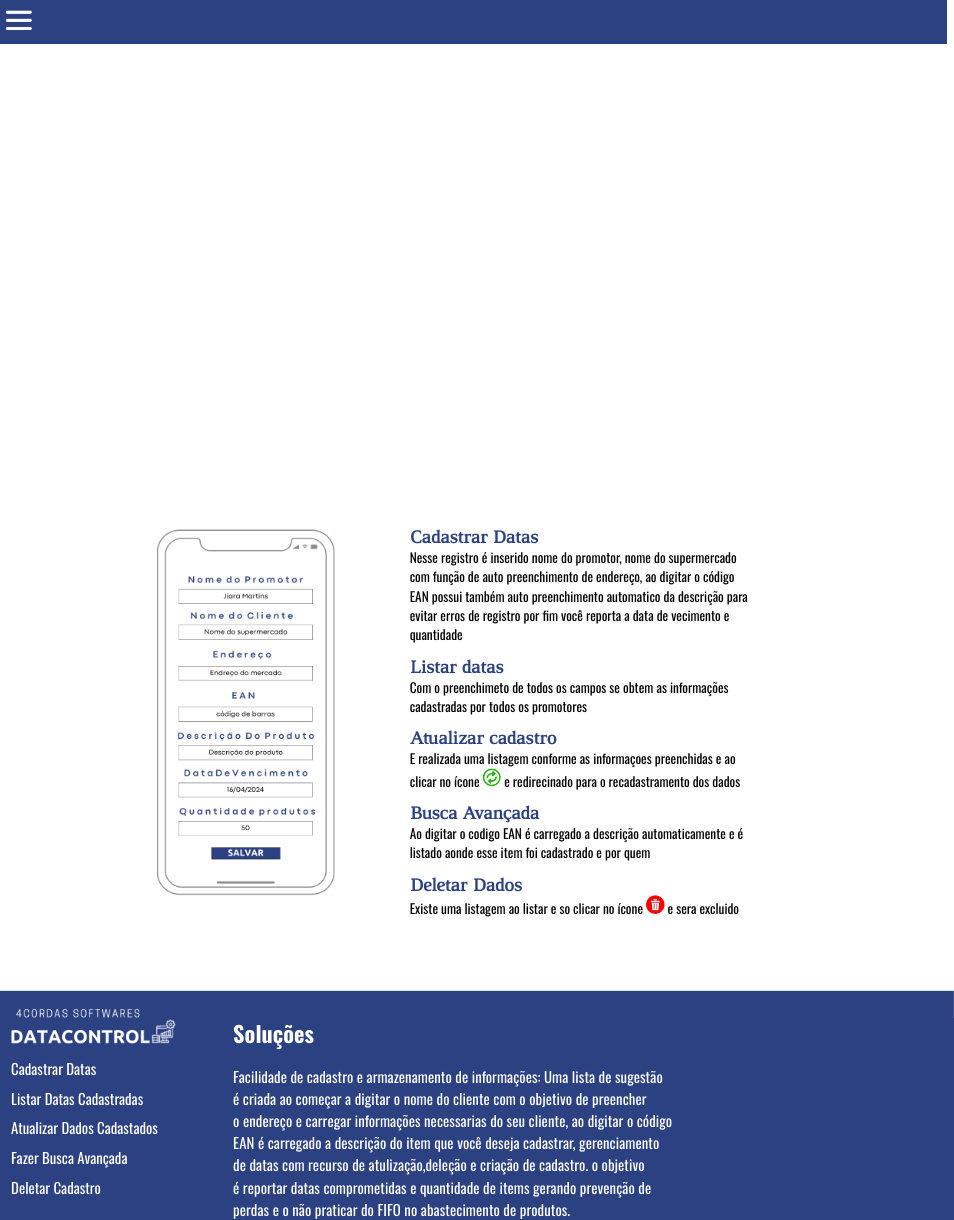
Repository: alfredo-allan/ControleDeDatasFrontEnd
Page: index.html
The author's editor kept a copy of each file at every save. The page is drawn from the files as they stood at one save, then again after the next save.
The browser window is 1280 px wide. The page is 1289 px wide, so the pictures cover 1289 px, including what lies to the right of the window. The pictures show the whole page, at 74% of full size.

Above is the page before, as saved 2024-04-30 14:48:42.
Console error: TypeError: Cannot read properties of null (reading 'addEventListener')

### index.html
<!DOCTYPE html>
<html lang="pt-BR">
  <head>
    <meta charset="UTF-8" />
    <meta name="viewport" content="width=device-width, initial-scale=1.0" />
    <link rel="stylesheet" href="./style/style.css" />
    <link rel="preconnect" href="https://fonts.googleapis.com" />
    <link rel="preconnect" href="https://fonts.gstatic.com" crossorigin />
    <link
      href="https://fonts.googleapis.com/css2?family=Oswald:wght@200..700&display=swap"
      rel="stylesheet"
    />
    <title>Controle de Datas</title>
  </head>
  <body>
    <div class="header">
      <div id="menu-icon">
        <img id="icon-menu" src="./images/barra-de-menu.png" alt="" />
      </div>
      <div id="titulo">
        <!-- <h1>Controle De Datas</h1> -->
      </div>
      <div id="menu-options">
        <ul>
          <!-- <img id="usuario" src="./images/usuario-exemplo.jpg" alt="" /> -->
          <a href="pages/cadastro.html"><li>Cadastrar Datas</li></a>
          <a href="pages/listagem.html"><li>Listar Datas</li></a>
          <a href="pages/atualizar.html"><li>Atualizar Cadastro</li></a>
          <a href="pages/buscaavancada.html"><li>Busca Avançada</li></a>
          <a href="pages/deletar.html"><li>Deletar Dados</li></a>
        </ul>
      </div>
    </div>
    <img id="instrucao" src="./images/CadastrarDatas.png" alt="">
    <div class="coluna">
    <ul>
      <span>Cadastrar Datas</span>
      <li>Nesse registro é inserido nome do promotor, nome do supermercado com função de auto preenchimento de endereço, ao digitar o código EAN possui também auto preenchimento automatico da descrição para evitar erros de registro por fim você reporta a data de vecimento e quantidade</li>
      <span>Listar datas</span>
      <li>Com o preenchimeto de todos os campos se  obtem as informações cadastradas por todos os promotores</li>
      <span>Atualizar cadastro</span>
      <li>E realizada uma listagem conforme as informaçoes preenchidas e ao clicar no ícone <img src="./images/repetir.png" alt=""> e redirecinado para o recadastramento dos dados</li>
      <span>Busca Avançada</span>
      <li>Ao digitar o codigo EAN é carregado a descrição automaticamente e é listado aonde esse item foi cadastrado e por quem</li>
      <span>Deletar Dados</span>
      <li>Existe uma listagem ao listar e so clicar no ícone <img src="./images/excluir.png" alt=""> e sera excluido</li>
    </ul>
    </div>
    </div>
    <div class="footer">
      <div id="mapa" class="col-sm-6">
        <img id="tootext" src="./images/data.png" alt="" />
        <ul id="mapadosite">
          <a href="./pages/cadastro.html"><li>Cadastrar Datas</li></a>
          <a href="./pages/listagem.html"><li>Listar Datas Cadastradas</li></a>
          <a href="./pages/atualizar.html"
            ><li>Atualizar Dados Cadastados</li></a
          >
          <a href="./pages/buscaavancada.html"><li>Fazer Busca Avançada</li></a>
          <a href="./pages/deletar.html"><li>Deletar Cadastro</li></a>
        </ul>
      </div>
      <div id="solucao" class="col-sm-6">
        <span>Soluções</span>
        <p>
          Facilidade de cadastro e armazenamento de informações: Uma lista de
          sugestão <br />
          é criada ao começar a digitar o nome do cliente com o objetivo de
          preencher <br />
          o endereço e carregar informações necessarias do seu cliente, ao
          digitar o código <br />
          EAN é carregado a descrição do item que você deseja cadastrar,
          gerenciamento <br />
          de datas com recurso de atulização,deleção e criação de cadastro. o
          objetivo <br />
          é reportar datas comprometidas e quantidade de items gerando prevenção
          de <br />
          perdas e o não praticar do FIFO no abastecimento de produtos.
        </p>
      </div>
    </div>
  </body>
  <script src="./js/script.js"></script>
</html>

### style/style.css
:root {
  --cor-azul: rgb(44, 65, 129);
  --oswald-font: "Oswald", sans-serif;
  --luthier-font: "Luthier";
}

body {
  font-family: var(--oswald-font);
}

@font-face {
  font-family: "Luthier";
  src: url("../fonts/LuthierFF/Luthier-Regular.ttf") format("truetype");
  /* Adicione mais formatos (e.g. woff, woff2) conforme necessário */
}

#titulo h1 {
  font-family: var(--luthier-font);
  letter-spacing: 3px;
  font-weight: 900;
  color: white;
  margin-top: -30px;
  margin-left: 55px;
}

.column {
  display: flex;
  flex-direction: column;
  align-items: center;
  padding: 10px 20px 15px 15px;
  border: 1px solid #ccc;
  border-radius: 5px;
  width: 300px;
  margin: 0 auto;
  span {
    font-weight: 900;
    font-family: var(--luthier-font);
    letter-spacing: 3px;
    margin-bottom: 10px;
    color: var(--cor-azul);
  }
}

#logo img {
  margin-top: 200px;
  width: 250px;
  margin-left: 50px;
}

#logo {
  h1 {
    text-align: center;
    text-wrap: nowrap;
    font-size: 25px;
    font-family: var(--oswald-font);
    font-weight: 900;
    letter-spacing: 2px;
    color: var(--cor-azul);
  }
}

#form {
  margin-top: 80px;
}

input {
  margin-bottom: 5px;
  padding: 5px;
  width: 100%;
  box-sizing: border-box;
  font-weight: 600;
  margin-bottom: 10px;
}

input::placeholder {
  text-align: center;
  color: gray;
  font-family: var(--oswald-font);
  font-weight: 400;
}

input:focus {
  outline-color: var(--cor-azul); /* Altere a cor aqui */
}

.header {
  position: fixed;
  top: 0;
  left: 0;
  width: 100%;
  height: 60px;
  background-color: var(--cor-azul);
}

#icon-menu {
  width: 35px;
  margin-top: 10px;
  z-index: 1;
  margin-left: 8px;
  cursor: pointer;
}

#menu-options ul {
  list-style: none;
  padding: 0;
  margin-left: 5px;
  font-size: 20px;
  font-weight: 500;
  text-wrap: nowrap;
  font-family: var(--oswald-font);
  z-index: 999;
}

#menu-options ul li {
  padding: 10px;
  letter-spacing: 2px;
  cursor: pointer;
  z-index: 999;
}

a {
  text-decoration: none; /* Remove sublinhado */
  color: inherit; /* Mantém a cor padrão do texto */
  /* Adicione quaisquer outros estilos desejados para o link */
}

#menu-options {
  display: none;
  position: absolute;
  top: 0;
  left: 0;
  margin-top: 60px;
  width: 55%;
  height: 41vh;
  border-bottom-right-radius: 15px;
  background-color: var(--cor-azul);
  color: white;
  font-family: var(--oswald-font);
  font-weight: 900;
  z-index: 999;
}

button {
  text-align: center;
  width: 110px;
  height: 30px;
  padding: 6px 30px;
  background-color: rgba(44, 65, 129, 0.897);
  border-radius: 5px;
  color: white;
  border: none;
  border-radius: 5px;
  cursor: pointer;
  font-family: var(--oswald-font);
}

button:focus {
  outline: 2px solid var(--cor-azul);
}

.footer {
  width: 102%;
  position: relative;
  margin-top: 5%;
  margin-left: -8px;
  margin-bottom: -20px;
  background-color: var(--cor-azul);
}

.footer img {
  width: 300px;
  height: 60px;
  margin-top: 2px;
  cursor: pointer;
  margin-left: 10px;
}

#autocomplete-list-id {
  background-color: #f1f1f1;
  border: 1px solid #d4d4d4;
  color: var(--cor-azul);
  border-top: none;
  max-height: 200px;
  overflow-y: auto;
  position: absolute;
  /* z-index: 999; */
  margin-top: -10px;
  margin-left: 60px;
}

.autocomplete-items div {
  padding: 10px;
  cursor: pointer;
  background-color: #fff;
  border-bottom: 1px solid #d4d4d4;
}

.autocomplete-items div:hover {
  background-color: #e9e9e9;
}

.autocomplete-items div strong {
  font-weight: bold;
}

#data-list {
  margin: 0 auto;
  left: 50%;
  transform: translateX(-50%);
  margin: 0 auto;
  left: 50%;
  top: 60%;
  transform: translate(-50%, -50%);
  /* border: 1px solid var(--cor-azul); */
  color: var(--cor-azul);
  border-radius: 5px;
  max-height: 330px;
  overflow-y: auto;
  position: absolute;
  z-index: -1;
  margin-top: 110px;
  margin-left: 0px;
  width: 336px;
  list-style: none;
  .name {
    font-family: var(--oswald-font);
    font-weight: 900;
    font-size: 17px;
  }
  .item {
    font-family: var(--oswald-font);
    font-weight: 500;
    font-size: 15;
    color: rgb(0, 0, 0);
  }
}

/* #promotor {
  line-height: 60px;
} */

#data-list {
  /* Estilos do elemento #data-list */
  /* Defina outras propriedades conforme necessário */

  scrollbar-color: var(--cor-azul) var(--cor-azul); /* Cor da barra de rolagem e do fundo da barra */
}

#data-list::-webkit-scrollbar {
  width: 10px; /* Largura da barra de rolagem */
}

#data-list::-webkit-scrollbar-thumb {
  background-color: white; /* Cor da barra de rolagem */
  border-radius: 5px; /* Raio de borda da barra de rolagem */
}

#texto-descritivo {
  text-align: justify;
  margin-top: 200px;
  position: fixed;
  font-family: var(--luthier-font);
  letter-spacing: 3px;
  line-height: 2;
  margin-right: 8px;
  font-weight: 900;
  color: var(--cor-azul);
}

#del {
  width: 25px;
  margin: -4px;
  margin-left: 20px;
}

#atualizar {
  width: 25px;
  margin: -5px;
  margin-left: 20px;
}

.video {
  width: 100%;
  height: 100vh; /* Altura ocupando toda a tela */
}

.video video {
  position: fixed;
  top: 0;
  left: 0;
  width: 100%;
  height: 20%;
  object-fit: cover;
  margin-top: 52px;
}

.modal {
  display: none; /* Escondido por padrão */
  position: fixed;
  z-index: 1;
  left: 0;
  top: 0;
  width: 100%;
  height: 100%;
  overflow: auto;
  background-color: rgba(0, 0, 0, 0.4);
}

.modal-content {
  background-color: #fefefe;
  margin: 15% auto;
  padding: 20px;
  border: 2px solid #888;
  width: 80%;
  border-radius: 10px;
  p {
    text-align: center;
    font-family: var(--luthier-font);
    letter-spacing: 3px;
    font-weight: 600;
    color: var(--cor-azul);
  }
}

.close {
  color: #aaa;
  float: right;
  font-size: 28px;
  font-weight: bold;
}

.close:hover,
.close:focus {
  color: black;
  text-decoration: none;
  cursor: pointer;
}

#modalbtn {
  text-align: center;
}

#confirmButton {
  margin-right: 5px;
}

#tootext {
  margin-left: -40px;
  margin-top: 20px;
}

#mapadosite {
  font-family: var(--oswald-font);
  list-style: none;
  margin-top: 0px;
  line-height: 40px;
  text-align: left;
  margin-left: -25px;
  color: white;
  font-size: 20px;
}

#mapa {
  text-align: left;
}

#solucao {
  margin-top: -270px;
  margin-left: 315px;
  font-family: var(--oswald-font);
  letter-spacing: 0.1px;
  color: white;
  span {
    font-size: 30px;
    font-weight: 900;
  }
  p {
    font-size: 20px;
    text-align: left;
  }
}

@media (min-width: 310px) and (max-width: 580px) {
  #solucao {
    margin-top: -10px;
    margin-left: -200px;
    text-align: center;
  }
}

@media (min-width: 310px) and (max-width: 580px) {
  #solucao span {
    margin-left: -30px;
  }
}

@media (min-width: 310px) and (max-width: 580px) {
  #solucao p {
    font-size: 20px;
    text-align: left;
    margin-left: 215px;
  }
}

@media (min-width: 310px) and (max-width: 580px) {
  .footer {
    margin-top: 20%;
    position: absolute;
    margin-left: -8px;
    width: 100%;
    margin-bottom: 0px;
  }
}

.footer_pg {
  position: fixed;
  left: 0;
  bottom: 0;
  width: 100%;
  height: 60px;
  background-color: var(--cor-azul);
}

@media (min-width: 310px) and (max-width: 580px) {
  .footer_pg img {
    margin-left: auto;
    margin-right: auto;
    display: block;
  }
}

#instrucao {
  margin-top: 700px;
  width: 250px;
  margin-left: 200px;
}

@media (min-width: 500px) and (max-width: 1200px) {
  #instrucao {
    margin-left: 20px;
  }
}

.coluna {
  display: flex;
  flex-direction: column;
  justify-content: center;
  margin-left: 40%;
  margin-top: -41%;
  width: 40%;
  li {
    list-style: none;
    margin-bottom: 20px;
    font-family: var(--oswald-font);
    font-size: 18px;
  }
  span {
    margin-bottom: 10;
    font-size: 25px;
    font-family: var(--luthier-font);
    font-weight: 900;
    color: var(--cor-azul);
  }

  img {
    width: 25px;

  }
}

### js/script.js
document.addEventListener("DOMContentLoaded", function () {
  carregarDados();

  document
    .getElementById("data-vencimento")
    .addEventListener("input", formatarData);

  document.getElementById("ean").addEventListener("input", function () {
    var eanSelecionado = document.getElementById("ean").value;
    preencherDescricaoPorEAN(eanSelecionado);
  });
});

function formatarData() {
  let inputData = document.getElementById("data-vencimento").value;

  let dataFormatada = inputData.replace(/^(\d{2})(\d{2})(\d{2})$/, "$1/$2/$3");

  document.getElementById("data-vencimento").value = dataFormatada;
}

function preencherDescricaoPorEAN(ean) {
  fetch("../frutap.json")
    .then((response) => response.json())
    .then((data) => {
      const mercados = data.mercados;

      for (let mercado of mercados) {
        const produto = mercado.produtos.find(
          (produto) => produto.codigoEAN === ean
        );
        if (produto) {
          document.getElementById("descricao-produto").value =
            produto.descricao;
          return; // Encerra o loop assim que encontrar o produto correspondente
        }
      }

      // Se não encontrou nenhum produto com o código EAN correspondente
      document.getElementById("descricao-produto").value =
        "Produto não encontrado";
    })
    .catch((error) => {
      console.error("Erro ao carregar os dados do arquivo JSON:", error);
    });
}

function carregarDados() {
  fetch("../frutap.json")
    .then((response) => {
      if (response.ok) {
        return response.json();
      } else {
        throw new Error("Erro ao carregar os dados");
      }
    })
    .then((data) => {
      if (data && data.mercados) {
        const mercados = data.mercados.map((mercado) => mercado.nome);
        const codigosEAN = data.mercados.map((mercado) => mercado.codigoEAN);
        const enderecos = data.mercados.map((mercado) => mercado.endereco);

        autocomplete(document.getElementById("nome-cliente"), mercados, data);
        autocomplete(document.getElementById("ean"), codigosEAN);
        autocomplete(
          document.getElementById("endereco-cliente"),
          enderecos,
          data
        );
      } else {
        console.error("Formato de dados inválido");
      }
    })
    .catch((error) => {
      console.error("Erro ao carregar os dados do arquivo JSON:", error);
    });
}
function autocomplete(inp, arr, data) {
  var currentFocus;

  inp.addEventListener("input", function (e) {
    var a,
      b,
      i,
      val = this.value;
    closeAllLists();
    if (!val) {
      return false;
    }
    currentFocus = -1;
    a = document.createElement("DIV");
    a.setAttribute("id", "autocomplete-list-id");
    a.setAttribute("class", "autocomplete-items");
    this.parentNode.appendChild(a);
    for (i = 0; i < arr.length; i++) {
      if (
        arr[i] &&
        arr[i].substr(0, val.length).toUpperCase() == val.toUpperCase()
      ) {
        b = document.createElement("DIV");
        b.innerHTML = "<strong>" + arr[i].substr(0, val.length) + "</strong>";
        b.innerHTML += arr[i].substr(val.length);
        b.innerHTML += "<input type='hidden' value='" + arr[i] + "'>";
        b.addEventListener("click", function (e) {
          inp.value = this.getElementsByTagName("input")[0].value;
          closeAllLists();
          // Preencher o campo de Endereço do mercado ao selecionar o nome do mercado
          var selectedMarket = this.getElementsByTagName("input")[0].value;
          var mercadoSelecionado = data.mercados.find(
            (mercado) => mercado.nome === selectedMarket
          );
          if (mercadoSelecionado) {
            var enderecoCompleto =
              mercadoSelecionado.endereco.rua +
              ", " +
              mercadoSelecionado.endereco.bairro +
              ", " +
              mercadoSelecionado.endereco.cidade +
              ", " +
              mercadoSelecionado.endereco.estado;
            document.getElementById("endereco-cliente").value =
              enderecoCompleto;
          }
        });
        a.appendChild(b);
      }
    }
  });

  function closeAllLists(elmnt) {
    var x = document.getElementsByClassName("autocomplete-items");
    for (var i = 0; i < x.length; i++) {
      if (elmnt != x[i] && elmnt != inp) {
        x[i].parentNode.removeChild(x[i]);
      }
    }
  }

  document.addEventListener("click", function (e) {
    closeAllLists(e.target);
  });
}

const menuIcon = document.getElementById("menu-icon");
const menuOptions = document.getElementById("menu-options");

menuIcon.addEventListener("click", function () {
  if (menuOptions.style.display === "none") {
    menuOptions.style.display = "block";
  } else {
    menuOptions.style.display = "none";
  }
});

document.getElementById("btn-salvar").addEventListener("click", function () {
  const nomePromotor = document.getElementById("nome-promotor").value;
  const nomeCliente = document.getElementById("nome-cliente").value;
  const enderecoCliente = document.getElementById("endereco-cliente").value;
  const ean = document.getElementById("ean").value;
  const descricaoProduto = document.getElementById("descricao-produto").value;
  const dataVencimento = document.getElementById("data-vencimento").value;
  const quantidadeProdutos = document.getElementById(
    "quantidade-produtos"
  ).value;

  fetch("https://v1controledatas.pythonanywhere.com/salvar-dados", {
    method: "POST",
    headers: {
      "Content-Type": "application/json",
    },
    body: JSON.stringify({
      nomePromotor: nomePromotor,
      nomeCliente: nomeCliente,
      enderecoCliente: enderecoCliente,
      ean: ean,
      descricaoProduto: descricaoProduto,
      dataVencimento: dataVencimento,
      quantidadeProdutos: quantidadeProdutos,
    }),
  })
    .then((response) => {
      if (response.ok) {
        // alert("Dados salvos com sucesso!");
      } else {
        throw new Error("Erro ao salvar os dados");
      }
    })
    .catch((error) => {
      console.error("Erro ao salvar os dados:", error);
    });
});

// Selecionando o botão de fechar e o modal

Loaded but not shown: frutap.json (455 lines, source omitted)

After the next save:
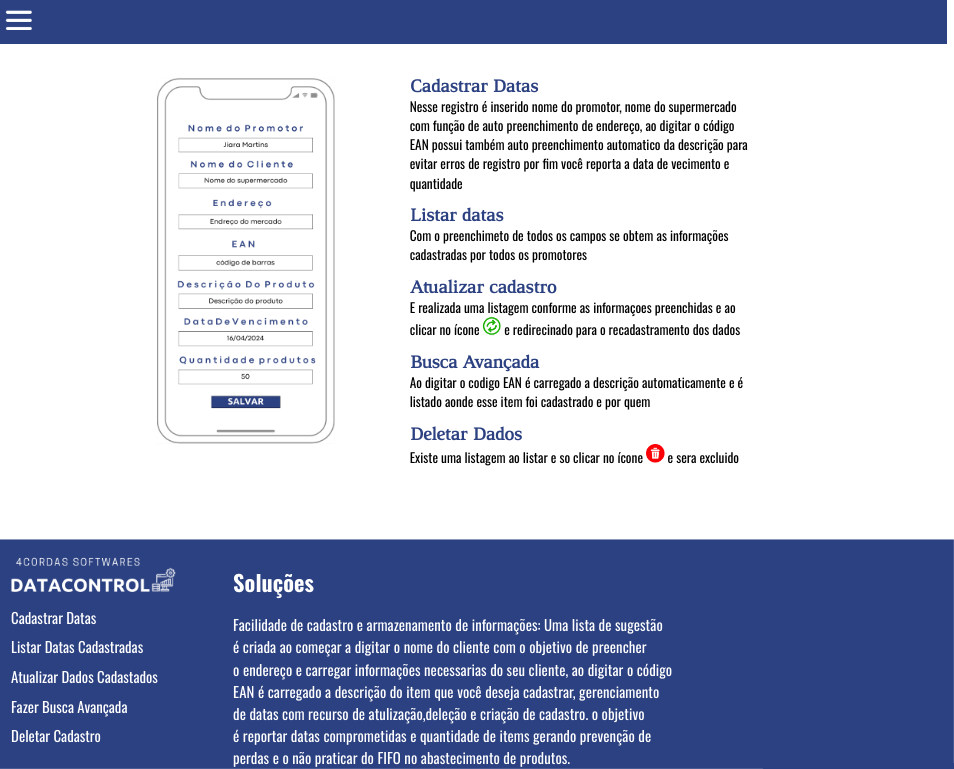
Saved 6 s later.
--- a/style/style.css
+++ b/style/style.css
@@ -430,7 +430,7 @@ button:focus {
 }
 
 #instrucao {
-  margin-top: 700px;
+  margin-top: 90px;
   width: 250px;
   margin-left: 200px;
 }
